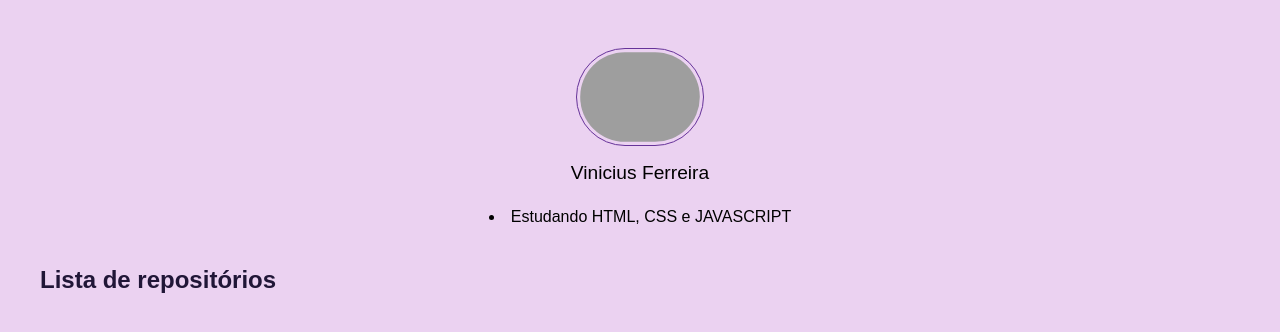
Repository: viniciusfg05/AnnotationReacts
Page: /
These files come from the project's save history. The page is drawn as it stood at one moment and after a run of saves; the edit follows.
The browser window is 1280 px wide. The pictures show the whole page.
Pictures or frames that could not be fetched are drawn as grey boxes. The page's requests for data from a server got no answer. The project was rebuilt for these pictures with package versions that can differ from the ones it lists, and the page was loaded fresh each time. No one was signed in, and anything a server would have sent is missing. Also part of the build but not shown: webpack.config.js, src/components/RepositoryItens.tsx.

Above is the page before, as saved 2022-02-18 14:55:20.

### public/index.html
<!DOCTYPE html>
<html lang="en">
  <head>
    <meta charset="UTF-8" />
    <meta name="viewport" content="width=device-width, initial-scale=1.0" />
    <title>ReactFundamentos</title>
  </head>
  <body>
    <div id="root"></div>

    <script src="../dist/bundle.js"></script>
  </body>
</html>

### src/index.tsx
import {render} from 'react-dom'
import { App } from './App'

render(<App />, document.getElementById('root'))

### src/App.tsx
import './styles/global.scss'
import './styles/profile.scss'

import { RepositoryList } from './components/RepositoryList'
import { Profile } from './components/Profile'
import { Counter } from './components/Counter'

export function App() {
  return (
    <>
      <Profile />
      <RepositoryList />
      {/* <Counter /> */}
    </>
  )
}

//Quando uma return mais de um componet, precisamos add um element pai, colocariamos uma div, mas futuramente isso pode atrapalhar no css e outro
//Usamos uma tag sem nada que se chama fraguimentos <> </> e não produz nada visual no html

//Por padrão p react não fica monitorando se algum estado está sendo alterado e rederizar novamente em tela
//Estado: variaveis que ele vai monitorarar
//Para isso vamos importar um elemento do react chamado useState "import { useState } from 'react'"

### src/styles/global.scss
* {
  margin: 0;
  padding: 0;
  box-sizing: border-box;
}

body {
  font: 16px 'Helvetica Neve', Arial, sans-serif;
}

### src/styles/profile.scss
.Content {
  // background-color: red;
  width: 100%;

  .perfil {
    img {
      border-radius: 5rem;
      width: 8rem;
      padding: 0.2rem;
      border: 1px solid rebeccapurple;

      display: flex;
      margin-left: auto;
      margin-right: auto;
      margin-bottom: 1rem;
      margin-top: 3rem;
    }

    p {
      text-align: center;
      font-size: 1.2rem;
    }
  }

  .bio {
    // list-style: none;
    text-align: center;
    margin-top: 1.5rem;
  }
}

//

### src/components/RepositoryList.tsx
import { useState, useEffect } from 'react'
import { RepositoryItens } from './RepositoryItens'
import '../styles/repositories.scss'

interface Repository {
  name: string;
  description: string;
  html_url: string;
}

export function RepositoryList() {
  const [repositories, setRepositories] = useState<Repository[]>([]);

  useEffect(() => {
    fetch('https://api.github.com/users/viniciusfg05/repos')
    .then(response => response.json()) //quando a api retorna uma resposta, converter para .json
    .then(data => setRepositories(data)) //quando terminar de ser convertida eu vou ter os dados do meu repositório
  }, [])

  return (
    <section className="repository-list">
      <h1>Lista de repositórios</h1>

      <ul>
        {repositories.map(repository => {
          return <RepositoryItens key={repository.name} repository={repository} />
        })}
      </ul>
    </section>
  )
}

      //para cada repository ele retorna um item

### src/components/Profile.tsx

interface ProfileProps {
  Profile: {
    avatar_url: string;
    bio: string;
    login: string;
  }
}

export function Profile(props: ProfileProps) {
  return (
    <div>
      <div className="Content">
        <div className="perfil">
          <img src="https://avatars.githubusercontent.com/u/68232658?v=4" alt="Foto de perfil" />

          <p>Vinicius Ferreira</p>
        </div>


        <div className="bio">
          <li>Estudando HTML, CSS e JAVASCRIPT</li>
        </div>
      </div>
    </div>

  )
}

### src/styles/repositories.scss
body {
  background-color: rgb(235, 210, 241);
}

section.repository-list {
  margin: 40px;

  h1 {
    color: #201637;
    margin-bottom: 16px;
  }

  ul {
    list-style: none;

    li {
      strong {
        color: #201637;
        font-size: 20px;
      }

      & + li {
        //aplica apenas para quem tem um irmao a baixo copm a tag "li"
        margin-top: 20px;
      }

      p {
        font-size: 14px;
        color: #444;
        margin-top: 8px;
      }

      a {
        display: inline-block;
        margin-top: 5px;
        margin-bottom: 16px;
        text-decoration: none;
        color: #8257e6;
      }

      .divide {
        border-bottom: 1px solid #20163719;
      }
    }
  }
}

After the next 2 saves:
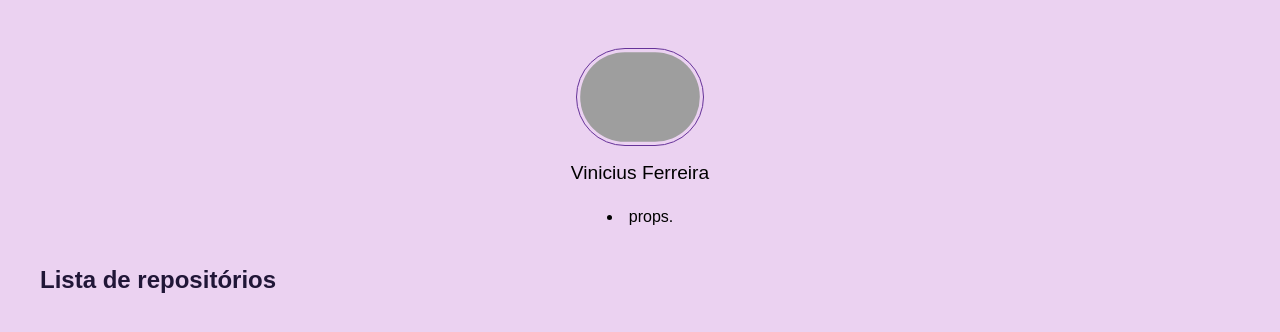
The 2 saves are shown as one change because 1 did not build or start.
The last was saved 81 s later.
--- a/src/components/Profile.tsx
+++ b/src/components/Profile.tsx
@@ -19,7 +19,7 @@ export function Profile(props: ProfileProps) {
 
 
         <div className="bio">
-          <li>Estudando HTML, CSS e JAVASCRIPT</li>
+          <li>props.</li>
         </div>
       </div>
     </div>
